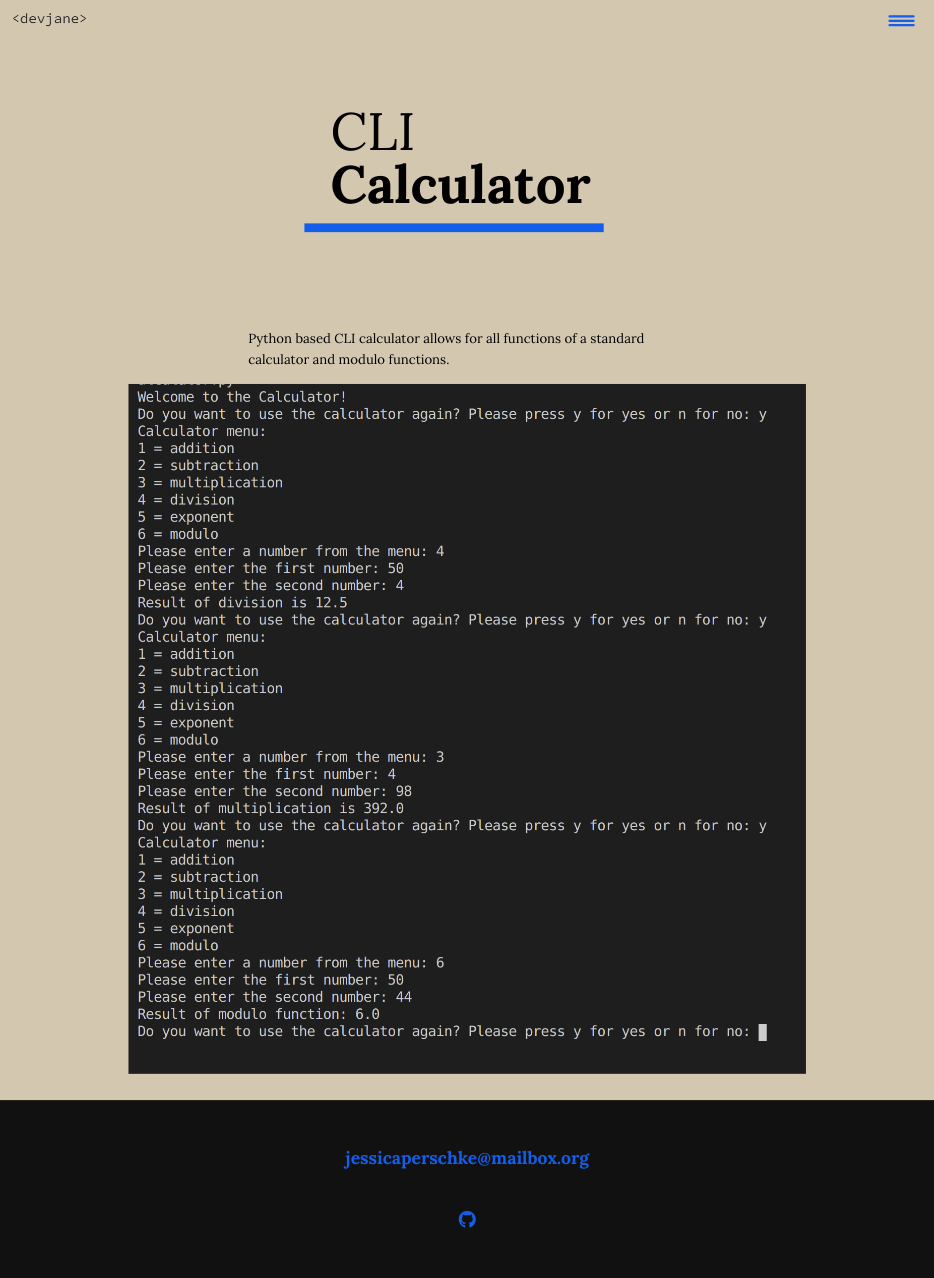
Repository: DinoDime/site
Page: portfolio-item3.html
An editor plug-in stored every save of this project. The page is shown before and after the next save, followed by the edit.
The browser window is 1280 px wide. The pictures show the whole page, at 73% of full size.
Some web libraries are served in a nearby version.

Above is the page before, as saved 2021-05-03 10:56:59.

### portfolio-item3.html
<!DOCTYPE html>
<html lang="en">
  <head>
    <link
      rel="stylesheet"
      href="https://cdnjs.cloudflare.com/ajax/libs/normalize/8.0.1/normalize.css"
    />
    <meta charset="UTF-8" />
    <meta name="viewport" content="width=device-width, initial-scale=1.0" />
    <title>Jess' Portfolio</title>
    <link
      rel="stylesheet"
      href="https://cdnjs.cloudflare.com/ajax/libs/normalize/7.0.0/normalize.min.css"
    />
    <link
      rel="stylesheet"
      href="https://cdnjs.cloudflare.com/ajax/libs/font-awesome/5.11.2/css/all.css"
      integrity="sha256-46qynGAkLSFpVbEBog43gvNhfrOj+BmwXdxFgVK/Kvc="
      crossorigin="anonymous"
    />

    <!-- Update these with your own fonts -->
    <link
      href="https://fonts.googleapis.com/css?family=Lora:400,700|Roboto+Slab:400,700&display=swap"
      rel="stylesheet"
    />

    <link rel="stylesheet" href="css/style.css" />
  </head>
  <body>
    <header>
      <div class="logo">
        <img src="img/devjane.png" alt="" />
      </div>
      <!--Hamburger button-->
      <button class="nav-toggle" aria-label="toggle navigation">
        <span class="hamburger"></span>
      </button>
      <nav class="nav">
        <ul class="nav__list">
          <li class="nav__item">
            <a href="index.html" class="nav__link">Home</a>
          </li>
          <li class="nav__item">
            <a href="index.html#Skills" class="nav__link">Skills</a>
          </li>
          <li class="nav__item">
            <a href="index.html#about" class="nav__link">About me</a>
          </li>
          <li class="nav__item">
            <a href="index.html#work" class="nav__link">My Work</a>
          </li>
        </ul>
      </nav>
    </header>

    <section class="intro">
      <h1 class="section__title section__title--intro">
        CLI <strong>Calculator</strong>
      </h1>
      <p class="section__subtitle section__subtitle--intro"></p>
    </section>

    <div class="portfolio-item-individual">
      <p>
        Python based CLI calculator allows for all functions of a standard
        calculator and modulo functions.
      </p>
      <img src="img/calc.png" alt="" />
    </div>

    <!-- Footer -->
    <footer class="footer">
      <!-- replace with your own email address -->
      <a href="mailto:jessicaperschke@mailbox.org" class="footer__link"
        >jessicaperschke@mailbox.org</a
      >
      <ul class="social-list">
        <li class="social-list__item">
          <a class="social-list__link" href="https://github.com/jl-perschke">
            <i class="fab fa-github"></i>
          </a>
        </li>
      </ul>
    </footer>

    <script src="js/index.js"></script>
  </body>
</html>

### css/style.css
*,
*::before,
*::after {
  box-sizing: border-box;
}

/* Custom Properties, update these for your own design */

:root {
  --ff-primary: "Lora", serif;
  --ff-secondary: "Roboto Slab", serif;

  --fw-reg: 400;
  --fw-bold: 700;

  --clr-light: rgb(211, 199, 176);
  --clr-dark: black;
  --clr-accent: #135fec;

  --fs-h1: 3rem;
  --fs-h2: 2.25rem;
  --fs-h3: 1.25rem;
  --fs-body: 1rem;

  --bs: 0.25em 0.25em 0.75em rgba(0, 0, 0, 0.25),
    0.125em 0.125em 0.25em rgba(0, 0, 0, 0.15);
}

@media (min-width: 800px) {
  :root {
    --fs-h1: 4.5rem;
    --fs-h2: 3.75rem;
    --fs-h3: 1.5rem;
    --fs-body: 1.125rem;
  }
}

/* General styles */

/* endable this to add smooth scrolling */
/* html {
    scroll-behavior: smooth;
} */

body {
  background: var(--clr-light);
  color: var(--clr-dark);
  margin: 0;
  font-family: var(--ff-primary);
  font-size: var(--fs-body);
  line-height: 1.6;
}

section {
  padding: 5em 2em;
}

img {
  display: block;
  max-width: 100%;
}

strong {
  font-weight: var(--fw-bold);
}

:focus {
  outline: 3px solid var(--clr-accent);
  outline-offset: 3px;
}

/* Buttons */

.btn {
  display: inline-block;
  padding: 0.5em 2.5em;
  background: var(--clr-accent);
  color: var(--clr-dark);
  text-decoration: none;
  cursor: pointer;
  font-size: 0.8rem;
  text-transform: uppercase;
  letter-spacing: 2px;
  font-weight: var(--fw-bold);
  transition: transform 200ms ease-in-out;
}

.btn:hover {
  transform: scale(1.1);
}

/* Typography */

h1,
h2,
h3 {
  line-height: 1;
  margin: 0;
}

h1 {
  font-size: var(--fs-h1);
}
h2 {
  font-size: var(--fs-h2);
}
h3 {
  font-size: var(--fs-h3);
}

.section__title {
  margin-bottom: 0.25em;
}

.section__title--intro {
  font-weight: var(--fw-reg);
}

.section__title--intro strong {
  display: block;
}

.section__subtitle {
  margin: 0;
  font-size: var(--fs-h3);
}

.section__subtitle--intro,
.section__subtitle--about {
  background: var(--clr-accent);
  padding: 0.25em 1em;
  font-family: var(--ff-secondary);
  margin-bottom: 1em;
}

.section__subtitle--work {
  color: var(--clr-accent);
  font-weight: var(--fw-bold);
  margin-bottom: 2em;
}

/* header */

header {
  display: flex;
  justify-content: space-between;
  padding: 1em;
}

.logo {
  max-width: 100px;
}

.nav {
  position: fixed;
  background: var(--clr-dark);
  color: var(--clr-light);
  top: 0;
  bottom: 0;
  left: 0;
  right: 0;
  z-index: 100;

  transform: translateX(100%);
  transition: transform 250ms cubic-bezier(0.5, 0, 0.5, 1);
}

.nav__list {
  list-style: none;
  display: flex;
  height: 100%;
  flex-direction: column;
  justify-content: space-evenly;
  align-items: center;
  margin: 0;
  padding: 0;
}

.nav__link {
  color: inherit;
  font-weight: var(--fw-bold);
  font-size: var(--fs-h2);
  text-decoration: none;
}

.nav__link:hover {
  color: var(--clr-accent);
}

.nav-toggle {
  padding: 0.5em;
  background: transparent;
  border: 0;
  cursor: pointer;
  position: absolute;
  right: 1em;
  top: 1em;
  z-index: 1000;
}

.nav-open .nav {
  transform: translateX(0);
}

.nav-open .nav-toggle {
  position: fixed;
}

.nav-open .hamburger {
  transform: rotate(0.625turn);
}

.nav-open .hamburger::before {
  transform: rotate(90deg) translateX(-6px);
}

.nav-open .hamburger::after {
  opacity: 0;
}

.hamburger {
  display: block;
  position: relative;
}

.hamburger,
.hamburger::before,
.hamburger::after {
  background: var(--clr-accent);
  width: 2em;
  height: 3px;
  border-radius: 1em;
  transition: transform 250ms ease-in-out;
}

.hamburger::before,
.hamburger::after {
  content: "";
  position: absolute;
  left: 0;
  right: 0;
}

.hamburger::before {
  top: 6px;
}
.hamburger::after {
  bottom: 6px;
}

/*  Intro section  */

.intro {
  position: relative;
}

.intro__img {
  box-shadow: var(--bs);
}

.section__subtitle--intro {
  display: inline-block;
}

@media (min-width: 600px) {
  .intro {
    display: grid;
    width: min-content;
    margin: 0 auto;
    grid-column-gap: 1em;
    grid-template-areas:
      "img title"
      "img subtitle";
    grid-template-columns: min-content max-content;
  }

  .intro__img {
    grid-area: img;
    min-width: 250px;
    position: relative;
    z-index: 2;
  }

  .section__subtitle--intro {
    align-self: start;
    grid-column: -1 / 1;
    grid-row: 2;
    text-align: right;
    position: relative;
    left: -1.5em;
    width: calc(100% + 1.5em);
  }
}

/*  My services section  */

.my-services {
  background-color: var(--clr-dark);
  background-image: url(../img/services-bg.jpg);
  background-size: cover;
  /* background-blend-mode: multiply; */
  color: var(--clr-light);
  text-align: center;
}

.section__title--services {
  color: var(--clr-accent);
  position: relative;
}

.section__title--services::after {
  content: "";
  display: block;
  width: 2em;
  height: 1px;
  margin: 0.5em auto 1em;
  background: var(--clr-light);
  opacity: 0.25;
}

.services {
  margin-bottom: 4em;
}

.service {
  max-width: 500px;
  margin: 0 auto;
}

@media (min-width: 800px) {
  .services {
    display: flex;
    max-width: 1000px;
    margin-left: auto;
    margin-right: auto;
  }

  .service + .service {
    margin-left: 2em;
  }
}

.about-me {
  max-width: 1000px;
  margin: 0 auto;
}

.about-me__img {
  box-shadow: var(--bs);
}

@media (min-width: 600px) {
  .about-me {
    display: grid;
    grid-template-columns: 1fr 200px;
    grid-template-areas:
      "title img"
      "subtitle img"
      "text img";
    grid-column-gap: 2em;
  }

  .section__title--about {
    grid-area: title;
  }

  .section__subtitle--about {
    grid-column: 1 / -1;
    grid-row: 2;
    position: relative;
    left: -1em;
    width: calc(100% + 2em);
    padding-left: 1em;
    padding-right: calc(200px + 4em);
  }

  .about-me__img {
    grid-area: img;
    position: relative;
    z-index: 2;
  }
}

/* My Work */

.my-work {
  background-color: var(--clr-dark);
  color: var(--clr-light);
  text-align: center;
}

.portfolio {
  display: grid;
  grid-template-columns: repeat(auto-fit, minmax(300px, 1fr));
}

.portfolio__item {
  background: var(--clr-accent);
  overflow: hidden;
}

.portfolio__img {
  transition: transform 750ms cubic-bezier(0.5, 0, 0.5, 1), opacity 250ms linear;
}

.portfolio__item:focus {
  position: relative;
  z-index: 2;
}

.portfolio__img:hover,
.portfolio__item:focus .portfolio__img {
  transform: scale(1.2);
  opacity: 0.5;
}

/* footer */

.footer {
  background: #111;
  color: var(--clr-accent);
  text-align: center;
  padding: 2.5em 0;
  font-size: var(--fs-h3);
}

.footer a {
  color: inherit;
  text-decoration: none;
}

.footer__link {
  font-weight: var(--fw-bold);
}

.footer__link:hover,
.social-list__link:hover {
  opacity: 0.7;
}

.footer__link:hover {
  text-decoration: underline;
}

.social-list {
  list-style: none;
  display: flex;
  justify-content: center;
  margin: 2em 0 0;
  padding: 0;
}

.social-list__item {
  margin: 0 0.5em;
}

.social-list__link {
  padding: 0.5em;
}

/* Individual portfolio item styles */

.portfolio-item-individual {
  padding: 0 2em 2em;
  max-width: 1000px;
  margin: 0 auto;
}

.portfolio-item-individual p {
  max-width: 600px;
  margin-left: auto;
  margin-right: auto;
}

Loaded but not shown: js/index.js (common file)

After the next save:
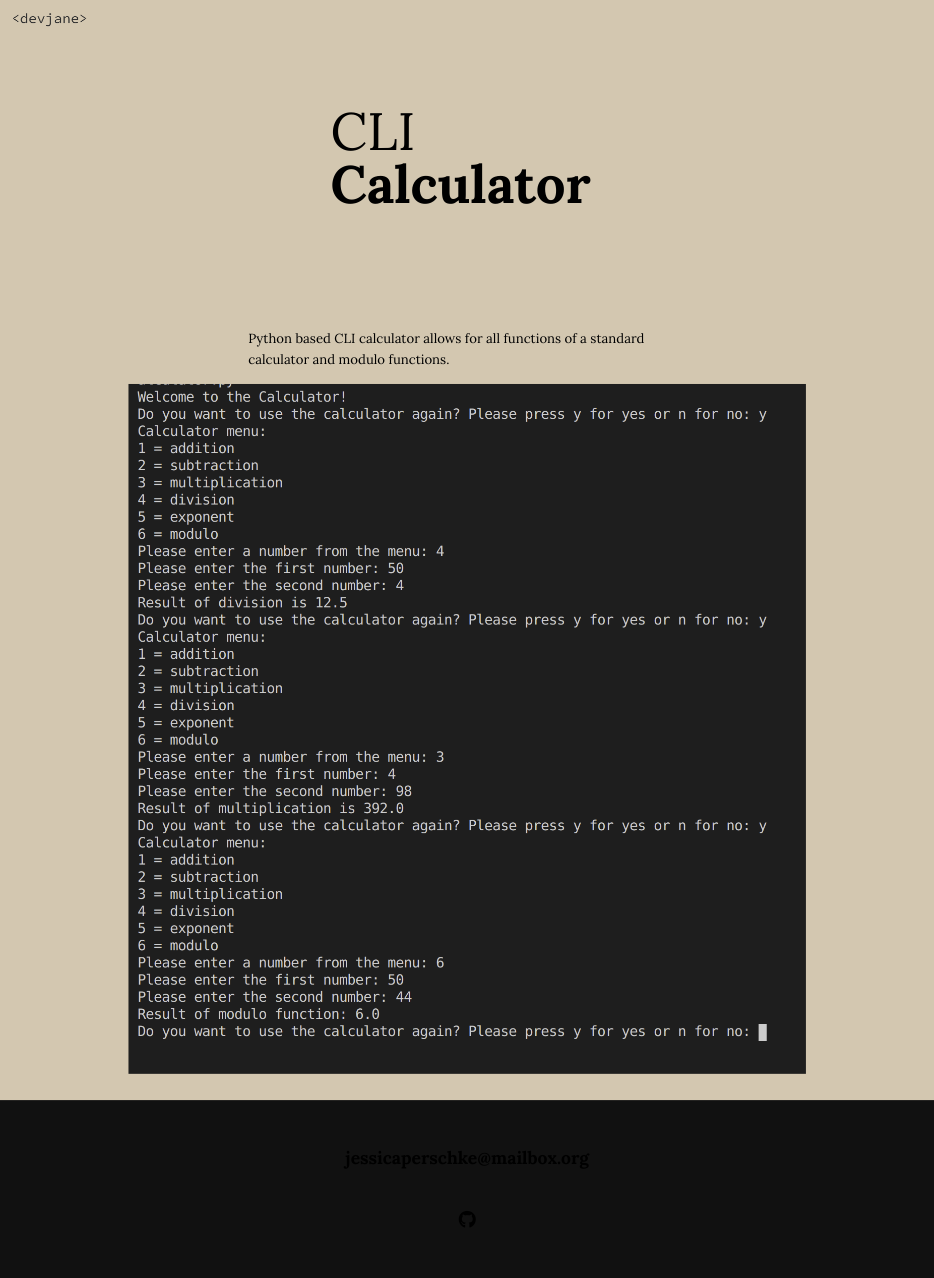
Saved 46 s later.
--- a/css/style.css
+++ b/css/style.css
@@ -15,7 +15,7 @@
 
   --clr-light: rgb(211, 199, 176);
   --clr-dark: black;
-  --clr-accent: #135fec;
+  --clr-accent: #10021ff;
 
   --fs-h1: 3rem;
   --fs-h2: 2.25rem;
